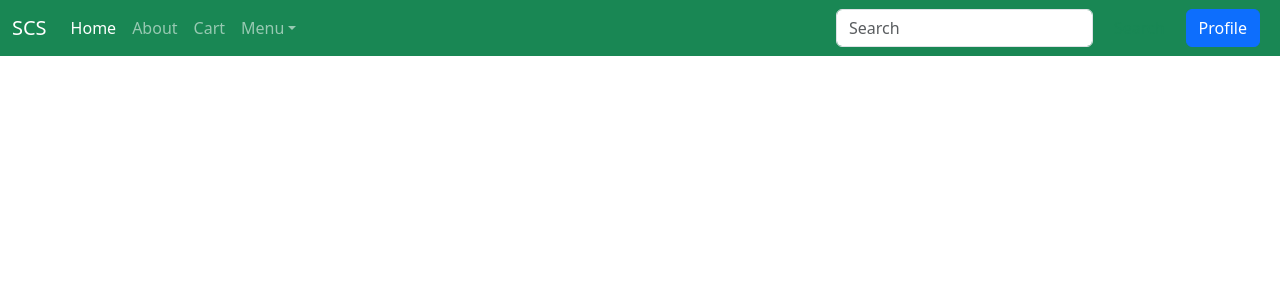
Repository: gitYash03/smart-canteen-system
Page: /
An editor plug-in stored every save of this project. The page is shown before and after the next save, followed by the edit.
The browser window is 1280 px wide. The pictures show the whole page.
The project was rebuilt for these pictures with package versions that can differ from the ones it lists, and the page was loaded fresh each time. Also part of the build but not shown: src/App.css.

Above is the page before, as saved 2023-08-09 12:56:05.

After the next save:
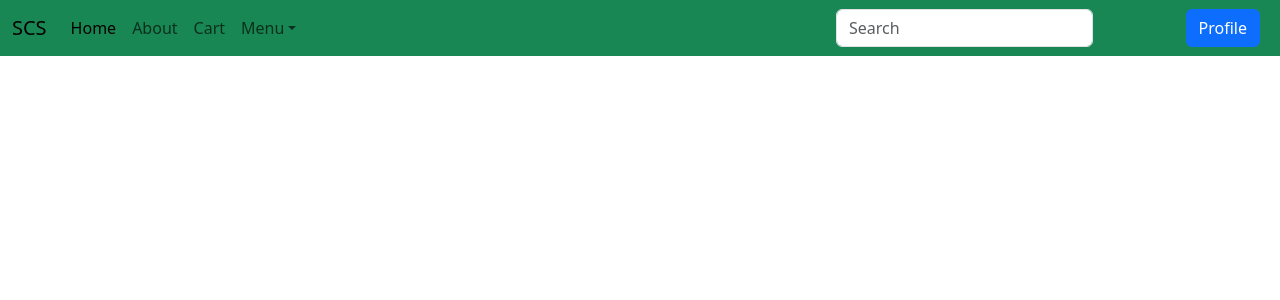
Saved 51 s later.
--- a/src/Components/Navbar.js
+++ b/src/Components/Navbar.js
@@ -3,7 +3,7 @@
 export default function Navbar() {
   return (
     <>
-    <nav className="navbar navbar-expand-lg navbar-dark bg-success ">
+    <nav className="navbar navbar-expand-lg navbar-warning bg-success ">
         <div className="container-fluid">
             <a className="navbar-brand" href="/">SCS</a>
             <button className="navbar-toggler" type="button" data-bs-toggle="collapse" data-bs-target="/navbarSupportedContent" aria-controls="navbarSupportedContent" aria-expanded="false" aria-label="Toggle navigation">

After the 3 saves that followed:
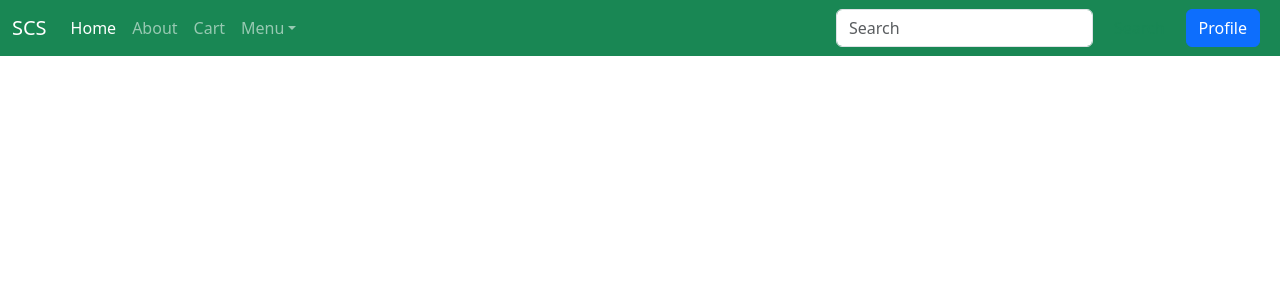
The 3 saves are shown as one change because 2 left the picture as it was.
The last was saved 53 s later.
--- a/src/Components/Navbar.js
+++ b/src/Components/Navbar.js
@@ -3,7 +3,7 @@
 export default function Navbar() {
   return (
     <>
-    <nav className="navbar navbar-expand-lg navbar-warning bg-success ">
+    <nav className="navbar navbar-expand-lg navbar-dark bg-success ">
         <div className="container-fluid">
             <a className="navbar-brand" href="/">SCS</a>
             <button className="navbar-toggler" type="button" data-bs-toggle="collapse" data-bs-target="/navbarSupportedContent" aria-controls="navbarSupportedContent" aria-expanded="false" aria-label="Toggle navigation">
